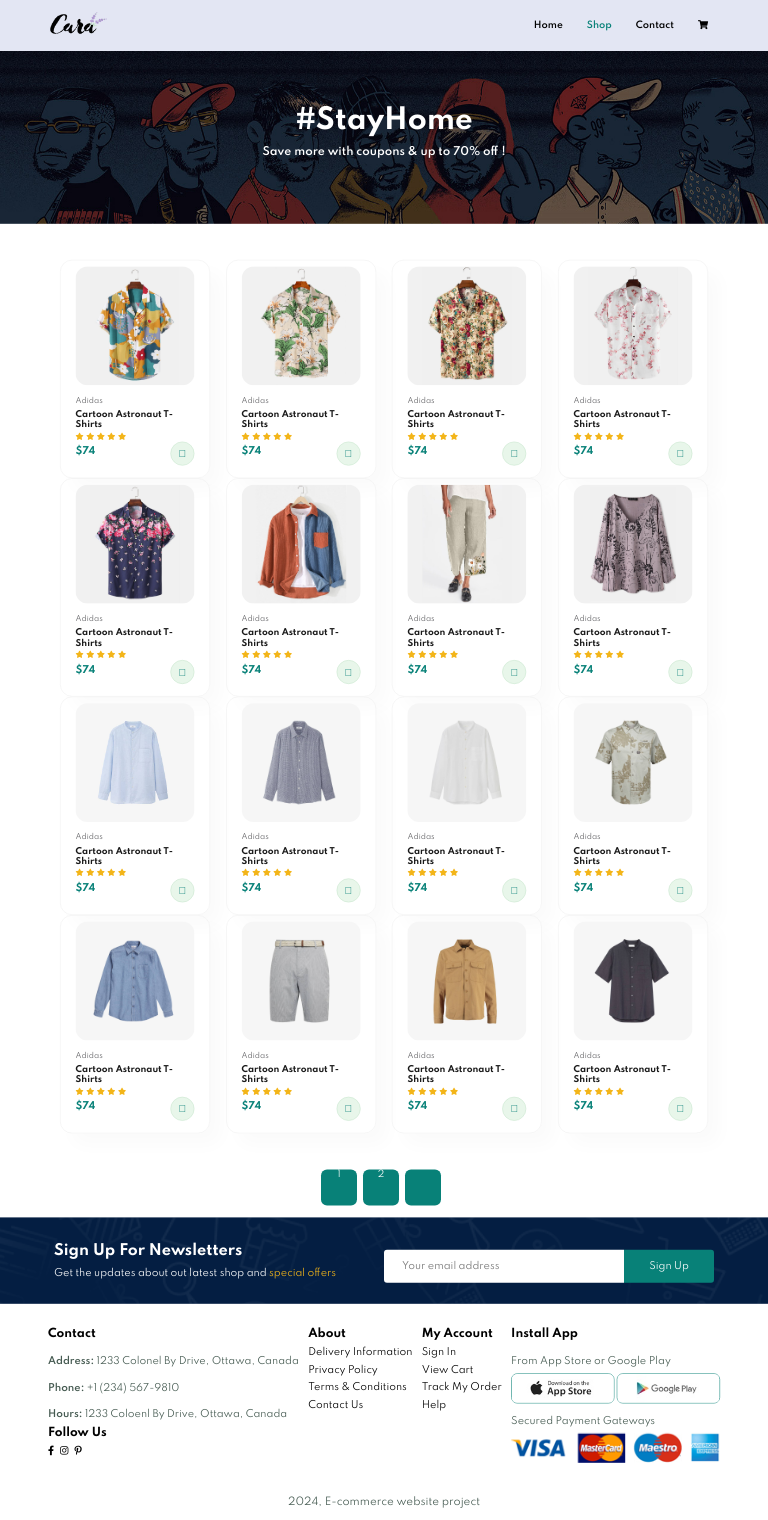
Repository: Daryllgio/E-Commerce-Website-UI
Page: shop.html
These files come from the project's save history. The page is drawn as it stood at one moment and after the next save; the edit follows.
The browser window is 1280 px wide. The pictures show the whole page, at 60% of full size.
Some icons come from a web library that is not loaded, so they are not drawn. Some web libraries are served in a nearby version.

Above is the page before, as saved 2025-01-01 10:06:54.

After the next save:
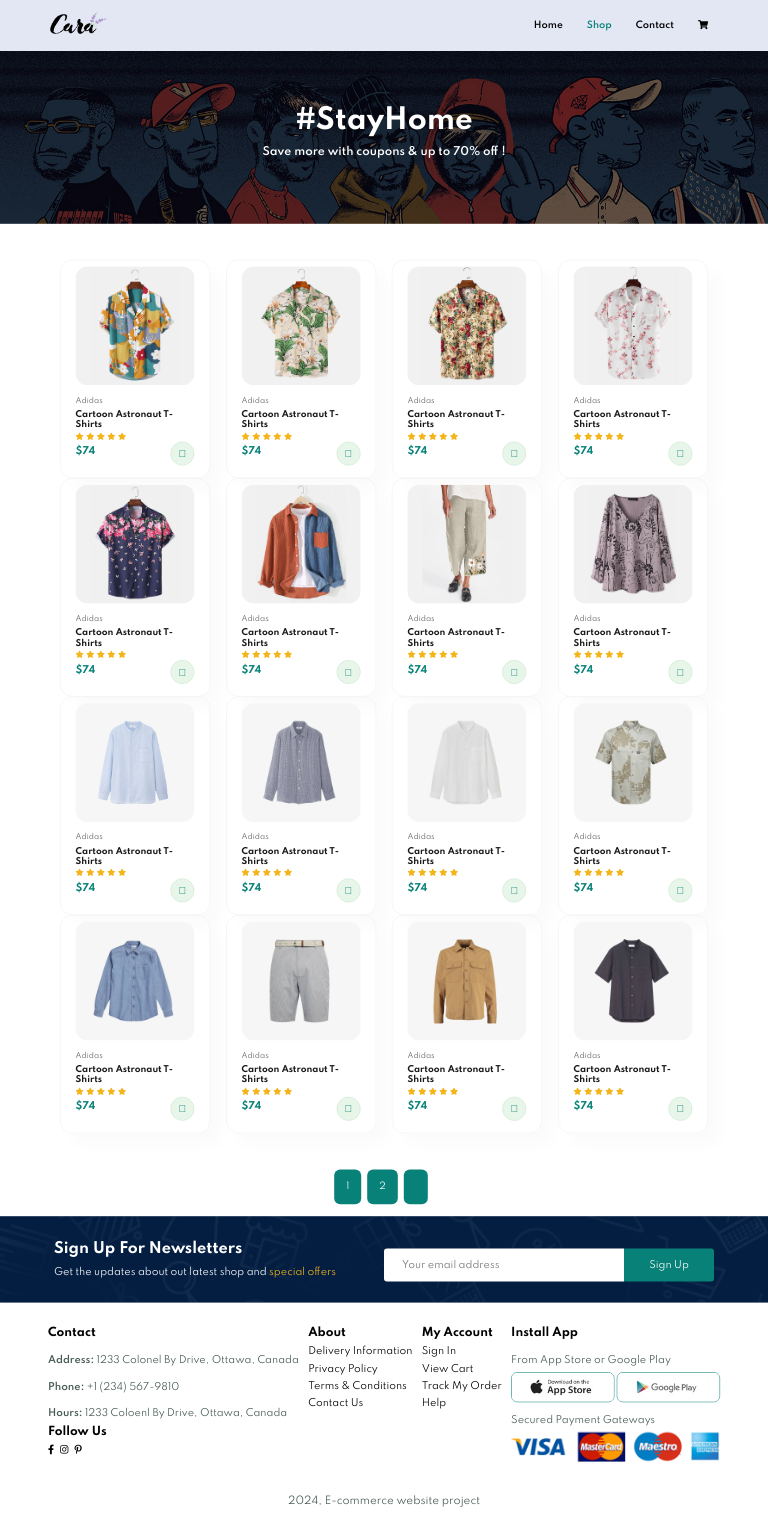
Saved 49 s later.
--- a/style.css
+++ b/style.css
@@ -556,9 +556,8 @@ body {
 }
 
 #ShopPagePagination a {
-  width: 60px;
-  align-items: center;
-  height: 60px;
+  padding: 20px 20px;
+  align-items: center;
   text-align: center;
   background-color: #088178;
   font-size: 15px;
